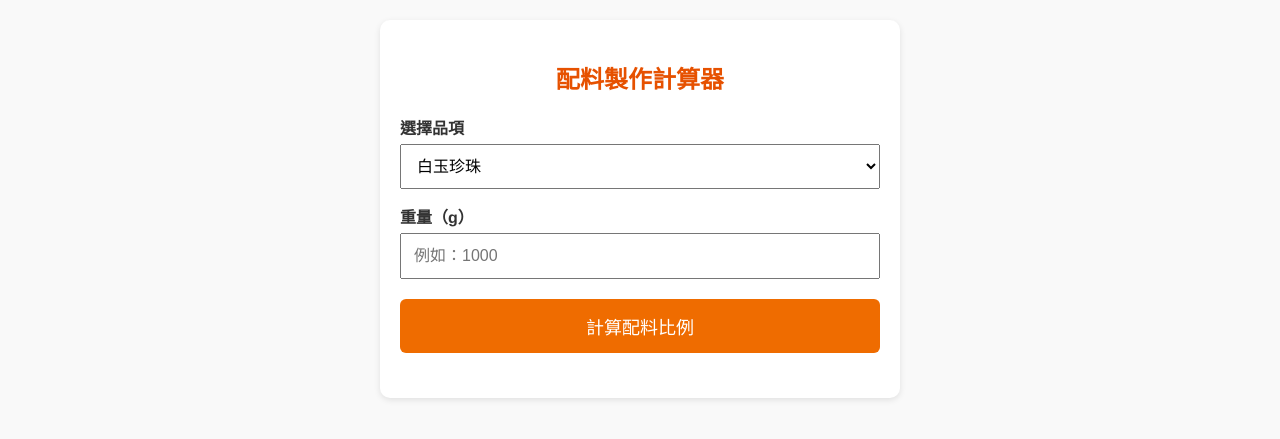
Repository: liying1106/tea-calculator
Page: 配料.html
The author's editor kept a copy of each file at every save. The page is drawn from the files as they stood at one save, then again after the next save.
The browser window is 1280 px wide. The pictures show the whole page.

Above is the page before, as saved 2025-07-16 13:19:43.

After the next save:
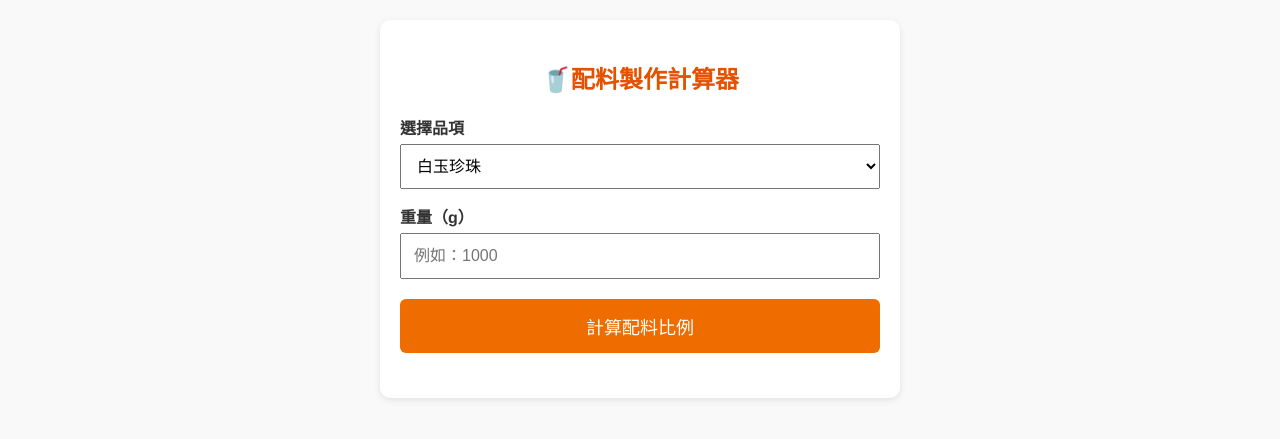
Saved 2 min 30 s later.
--- a/配料.html
+++ b/配料.html
@@ -3,7 +3,7 @@
 <head>
   <meta charset="UTF-8">
   <meta name="viewport" content="width=device-width, initial-scale=1">
-  <title>配料製作計算器</title>
+  <title>🥤配料製作計算器</title>
   <style>
     body {
       font-family: "Helvetica", sans-serif;
@@ -72,7 +72,7 @@
 </head>
 <body>
   <div class="container">
-    <h2>配料製作計算器</h2>
+    <h2>🥤配料製作計算器</h2>
 
     <label>選擇品項</label>
     <select id="itemType">
